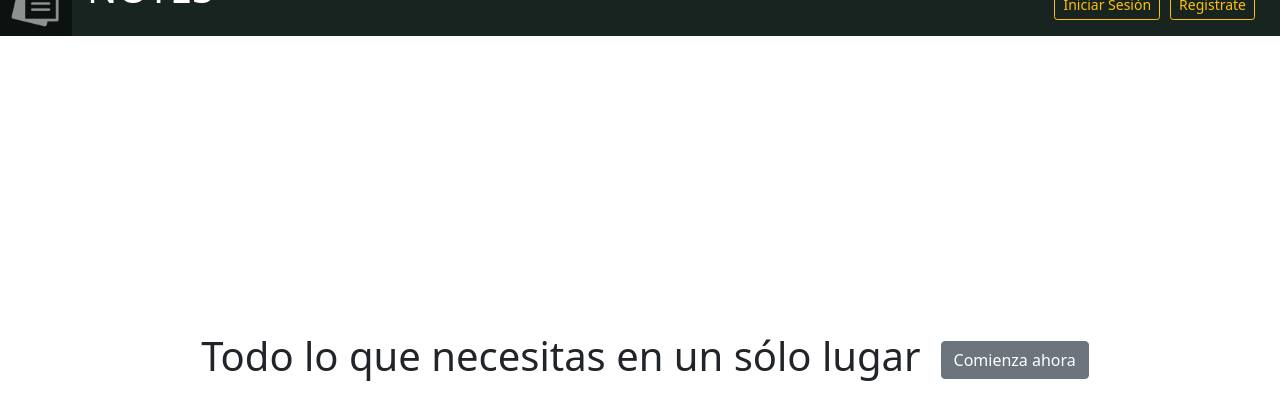
Repository: Daaira0811/TareaVue
Page: /
The author's editor kept a copy of each file at every save. The page is drawn from the files as they stood at one save, then again after the next save.
The browser window is 1280 px wide. The pictures show the whole page.
The project was rebuilt for these pictures with package versions that can differ from the ones it lists, and the page was loaded fresh each time. Also part of the build but not shown: vite.config.js.

Above is the page before, as saved 2022-06-19 23:13:42.

After the next save:
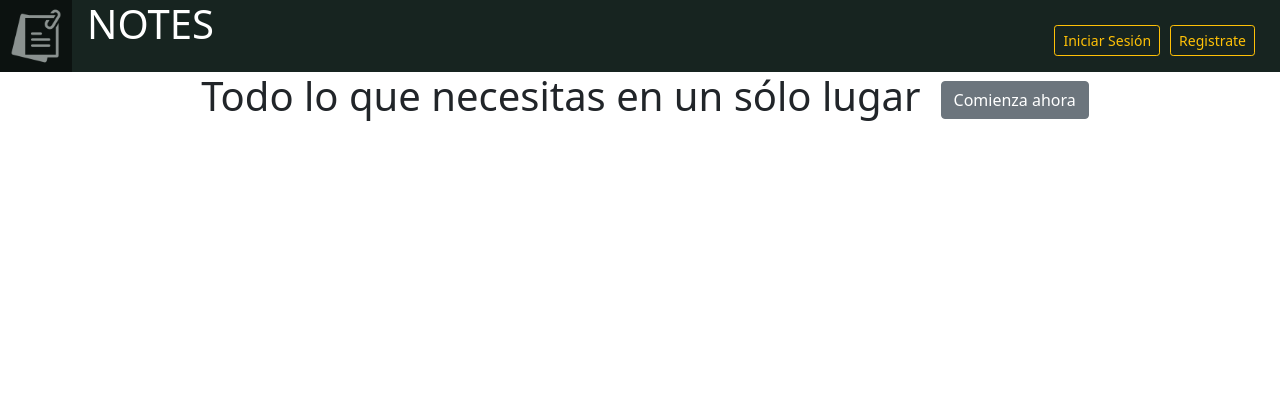
Saved 5 min 18 s later.
--- a/src/views/HomeView.vue
+++ b/src/views/HomeView.vue
@@ -34,6 +34,7 @@ main{
   justify-content: center;
   align-items: center;
   text-align: center;
+  height: 100vh;
 }
 
 h1{
@@ -43,12 +44,11 @@ h1{
 body{
   display:flex;
   width: 100vw;
-  height:90vh;
+  height:auto;
   justify-content: center;
   align-items: center;
 
 }
 .registrarse{
-
 }
 </style>
